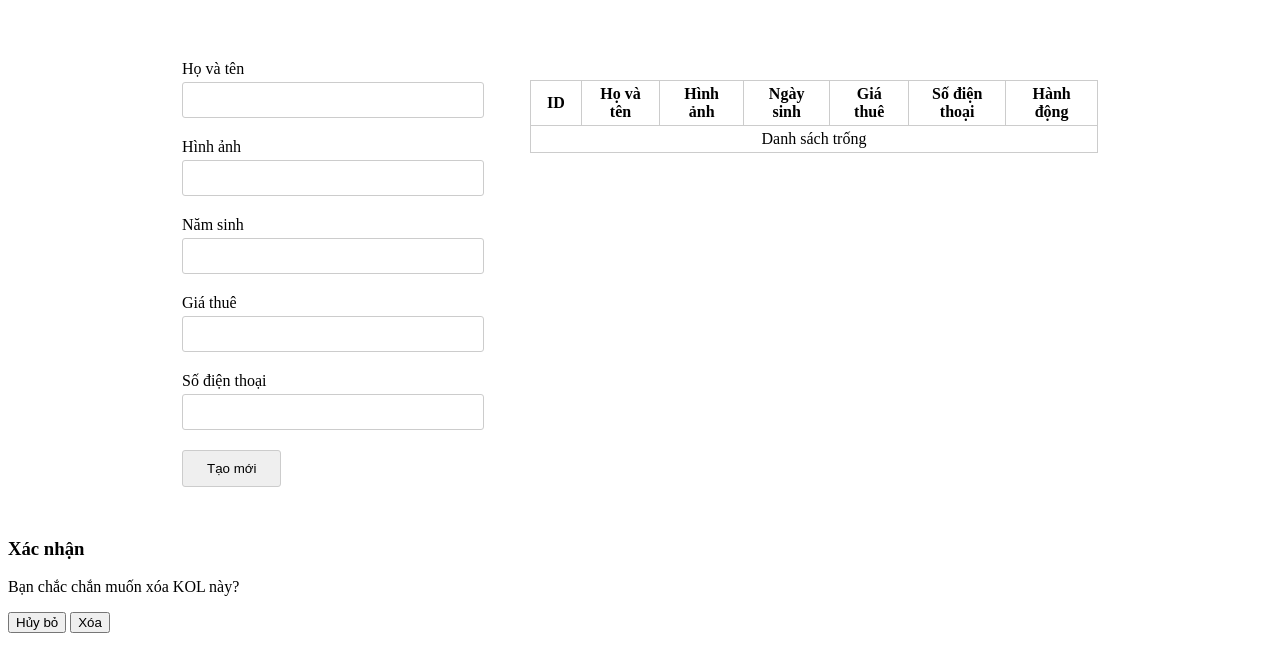
Repository: AnhTuan191298/sent-file-hoang
Page: js_kol-check/index.html
The author's editor kept a copy of each file at every save. The page is drawn from the files as they stood at one save, then again after the next save.
The browser window is 1280 px wide. The pictures show the whole page.

Above is the page before, as saved 2021-02-04 23:46:37.

### js_kol-check/index.html
<!DOCTYPE html>
<html lang="en">
<head>
    <meta charset="UTF-8">
    <meta name="viewport" content="width=device-width, initial-scale=1.0">
    <link rel="stylesheet" href="https://stackpath.bootstrapcdn.com/font-awesome/4.7.0/css/font-awesome.min.css"/>
    <title>Kols Done</title>
    <style>
        .app {
            width: 980px;
            margin: 0 auto;
            display: flex;
        }
        .pd10 {
            padding: 10px;
        }
        .mb10 {
            margin-bottom: 10px;
        }
        #form {
            flex: 2;
            padding: 32px;
        }
        #list {
            flex: 4;
            padding: 32px;
            margin-top: 40px;
        }
        table {
            border-collapse: collapse;
        }
        table th, table td {
            border: 1px solid #ccc;
            padding: 4px 16px;
        }
        .form-group {
            margin-top: 20px;
        }
        .form-group label {
            display: block;
            margin-bottom: 4px;
        }
        .form-group input {
            display: block;
            width: 100%;
            height: 34px;
            border-radius: 3px;
            border: 1px solid #ccc;
            outline: none;
            padding: 0 8px;
        }
        .avatar {
            width: 60px;
            height: 60px;
            border-radius: 50%;
        }
        .submit-btn {
            padding: 10px 24px;
            border-radius: 3px;
            border: 1px solid #ccc;
        }
        .alert-update,
        .alert-delete {
            width: 240px;
            background-color: #fff;
            min-height: 130px;
            display: none;
            flex-direction: column;
            align-items: center;
            justify-content: center;
            padding: 20px;
            border-radius: 5px;
            box-shadow: 1px 2px 24px #aaaaaa;
            position: fixed;
            top: 50px;
            right: 5px;
            animation: rightToLeft ease 0.5s, fadeOut linear 1s 3s forwards;
        }
        .alert-update.active,
        .alert-delete.active {
            display: flex;
        }
        .alert-update__circle,
        .alert-delete__circle {
            height: 50px;
            width: 50px;
            border: 6px solid #33cc70;
            border-radius: 50%;
            display: flex;
            justify-content: center;
            align-items: center;
            margin-bottom: 10px;
        }
        .alert-update__circle i,
        .alert-delete__circle i {
            font-size: 20px;
            color: #33cc70;
        }
        .alert-update__content h3,
        .alert-delete__content h3 {
            font-size: 18px;
            color: #33cc70;
            text-align: center;
        }
        .text-center {
            text-align: center;
        }
        .overlay,
        .overlay_del{
            position: fixed;
            top: 0;
            left: 0;
            width: 100%;
            height: 100vh;
            background-color: rgba(0, 0, 0, 0.4);
            display: none;
            justify-content: center;
            align-items: center;
            animation: fadeIn ease 0.2s;
        }
        .overlay.active, .overlay_del.active {
            display: flex;
        }
        .modal_edit,
        .modal_del {
            background-color: #fff;
            width: 40%;
            min-height: 50%;
            border-radius: 5px;
            padding: 40px;
            position: relative;
            animation: growth ease 0.2s;
        }
        .modal_edit.active {
            display: block;
        }
        .modal_edit form button {
            color: #000;
            border: 1px solid rgba(0, 0, 0, 0.4);
        }
        .modal_close {
            position: absolute;
            top: 8px;
            right: 13px;
            font-size: 28px;
            cursor: pointer;
        }
        .modal_del {
            width: 20%;
            min-height: 25%;
            display: flex;
            flex-direction: column;
            align-items: center;
        }
        .modal_del .modal_del__btn {
            text-decoration: none;
            padding: 10px 20px;
            font-size: 20px;
            color: #fff;
            background-color: #d4133a;
            margin-top: 30px;
            border-radius: 5px;
        }
        /* Animation */
        @keyframes fadeIn {
            0% {
                opacity: 0;
            }
            100% {
                opacity: 1;
            }
        }
        @keyframes growth {
            0% {
                transform: scale(0.5);
            }
            100% {
                transform: scale(1);
            }
        }
        @keyframes rightToLeft {
            0% {
                opacity: 0;
                transform: translateX(105%);
            }
            100% {
                opacity: 1;
                transform: translateX(0%);
            }
        }
        @keyframes fadeOut {
            to {
                opacity: 0;
            }
        }
    </style>
</head>
<body>
    <div class="app">
        <form action="" id="form">
            <div class="form-group">
                <label for="fullname">Họ và tên</label>
                <input id="fullname" type="text" name="fullname" class="form-control">
            </div>
            <div class="form-group">
                <label for="image">Hình ảnh</label>
                <input id="image" type="text" name="image" class="form-control">
            </div>
            <div class="form-group">
                <label for="birth">Năm sinh</label>
                <input id="birth" type="text" name="birth" class="form-control">
            </div>
            <div class="form-group">
                <label for="price">Giá thuê</label>
                <input id="price" type="text" name="price" class="form-control">
            </div>
            <div class="form-group">
                <label for="phone">Số điện thoại</label>
                <input id="phone" type="text" name="phone" class="form-control">
            </div>
            <div class="form-group">
                <button class="submit-btn">Tạo mới</button>
            </div>
        </form>
        <!-- List -->
        <div id="list">
            <table id="kol-wrap">
                <thead>
                    <tr>
                        <th>ID</th>
                        <th>Họ và tên</th>
                        <th>Hình ảnh</th>
                        <th>Ngày sinh</th>
                        <th>Giá thuê</th>
                        <th>Số điện thoại</th>
                        <th>Hành động</th>
                    </tr>
                </thead>
                <tbody id="kol-list">
                </tbody>
            </table>
        </div>
    </div>
    <!-- Modal -->
    <div class="modal">
        <div class="overlay"></div>
        <div class="modal__body">
            <h3>Xác nhận</h3>
            <p>Bạn chắc chắn muốn xóa KOL này?</p>
            <div class="modal__btn">
                <button class="modal__btn--cancel">Hủy bỏ</button>
                <button class="modal__btn--ok">Xóa</button>
            </div>
        </div>
    </div>
    <script src="./assets/js/main.js"></script>
</body>
</html>

### js_kol-check/assets/js/main.js
const $ = document.querySelector.bind(document)
        const $$ = document.querySelectorAll.bind(document)
        const KOL_STORAGE_KEY = 'kols'
        const kolApp = {
            kols: JSON.parse(localStorage.getItem(KOL_STORAGE_KEY)) || [],
            add: function(kol) {
                this.kols.push(kol)
            },
            update: function(index, kol) {
                this.kols[index] = kol
            },
            delete: function(index) {
                this.kols.splice(index, 1)
            },
            save: function() {
                localStorage.setItem(KOL_STORAGE_KEY, JSON.stringify(this.kols))
            },
            render: function() {
                // if (!this.kols.length) {
                //     return $('#kol-list').innerHTML = `
                //         <tr>
                //             <td style="text-align: center" colspan="6">Danh sách trống</td>
                //         </tr>
                //     `
                // }
                const htmls = this.kols.map(function (kol, index) {
                    return `
                        <tr>
                            <td>${index + 1}</td>
                            <td>${kol.fullname}</td>
                            <td>
                                <img class="avatar" src="${kol.image}" alt="">
                            </td>
                            <td>${kol.birth}</td>
                            <td>${kol.price}đ</td>
                            <td>${kol.phone}</td>
                            <td>
                                <a class="delete-kol" data-index="${index}" href="#">Xóa</a>
                            </td>
                        </tr>
                    `
                })
                if (htmls.length > 0) {
                    $('#kol-list').innerHTML = htmls.join('')
                } else {
                    $('#kol-list').innerHTML = `
                        <tr>
                            <td style="text-align: center" colspan="7">Danh sách trống</td>
                        </tr>
                    `
                }
            },
            start: function() {
                this.render()
                const modal = $('.modal')
                const modalCancel = $('.modal__btn--cancel')
                const modalOk = $('.modal__btn--ok')
                const form = $('#form')
                const kolWrap = $('#kol-wrap')
                const fullname = $('#fullname')
                const image = $('#image')
                const birth = $('#birth')
                const price = $('#price')
                const phone = $('#phone')
                let tmpIndex
                modalCancel.onclick = function() {
                    modal.classList.remove('show')
                }
                modalOk.onclick = function() {
                    kolApp.delete(tmpIndex)
                    kolApp.save()
                    kolApp.render()
                    modal.classList.remove('show')
                }
                kolWrap.onclick = function(e) {
                    const isClickedDelete = e.target.matches('.delete-kol')
                    if (isClickedDelete) {
                        // const index = e.target.getAttribute('data-index')
                        const index = e.target.dataset.index
                        tmpIndex = index
                        // Show modal confirm
                        modal.classList.add('show')
                    }
                }
                // On form submit
                form.onsubmit = function (e) {
                    e.preventDefault()
                    const kol = {
                        fullname: fullname.value,
                        image: image.value,
                        birth: birth.value,
                        price: price.value,
                        phone: phone.value,
                    }
                    kolApp.add(kol)
                    kolApp.save()
                    kolApp.render()
                    // Reset form
                    e.target.reset()
                }
            }
        }
        kolApp.start()

After the next save:
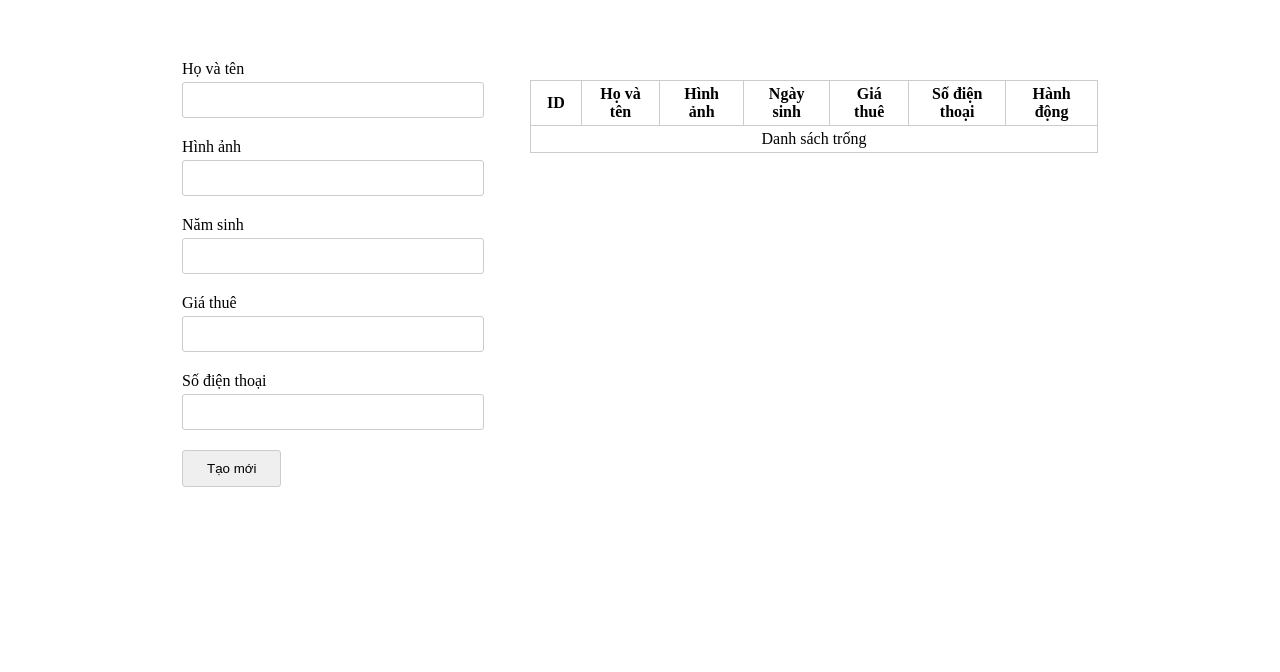
Saved 50 s later.
--- a/js_kol-check/index.html
+++ b/js_kol-check/index.html
@@ -10,12 +10,6 @@
             width: 980px;
             margin: 0 auto;
             display: flex;
-        }
-        .pd10 {
-            padding: 10px;
-        }
-        .mb10 {
-            margin-bottom: 10px;
         }
         #form {
             flex: 2;
@@ -59,107 +53,37 @@
             border-radius: 3px;
             border: 1px solid #ccc;
         }
-        .alert-update,
-        .alert-delete {
-            width: 240px;
-            background-color: #fff;
-            min-height: 130px;
+        /* Modal */
+        .modal {
+            position: fixed;
+            top: 0;
+            right: 0;
+            bottom: 0;
+            left: 0;
             display: none;
-            flex-direction: column;
-            align-items: center;
-            justify-content: center;
-            padding: 20px;
-            border-radius: 5px;
-            box-shadow: 1px 2px 24px #aaaaaa;
-            position: fixed;
-            top: 50px;
-            right: 5px;
-            animation: rightToLeft ease 0.5s, fadeOut linear 1s 3s forwards;
         }
-        .alert-update.active,
-        .alert-delete.active {
+        .modal.show {
             display: flex;
         }
-        .alert-update__circle,
-        .alert-delete__circle {
-            height: 50px;
-            width: 50px;
-            border: 6px solid #33cc70;
-            border-radius: 50%;
+        .overlay {
+            position: absolute;
+            width: 100%;
+            height: 100%;
+            background-color: rgba(0, 0, 0, 0.4)
+        }
+        .modal__body {
+            margin: auto;
+            width: 320px;
+            background-color: #fff;
+            position: relative;
+            padding: 0 32px 28px;
+        }
+        .modal__btn {
             display: flex;
-            justify-content: center;
-            align-items: center;
-            margin-bottom: 10px;
+            float: right;
         }
-        .alert-update__circle i,
-        .alert-delete__circle i {
-            font-size: 20px;
-            color: #33cc70;
-        }
-        .alert-update__content h3,
-        .alert-delete__content h3 {
-            font-size: 18px;
-            color: #33cc70;
-            text-align: center;
-        }
-        .text-center {
-            text-align: center;
-        }
-        .overlay,
-        .overlay_del{
-            position: fixed;
-            top: 0;
-            left: 0;
-            width: 100%;
-            height: 100vh;
-            background-color: rgba(0, 0, 0, 0.4);
-            display: none;
-            justify-content: center;
-            align-items: center;
-            animation: fadeIn ease 0.2s;
-        }
-        .overlay.active, .overlay_del.active {
-            display: flex;
-        }
-        .modal_edit,
-        .modal_del {
-            background-color: #fff;
-            width: 40%;
-            min-height: 50%;
-            border-radius: 5px;
-            padding: 40px;
-            position: relative;
-            animation: growth ease 0.2s;
-        }
-        .modal_edit.active {
-            display: block;
-        }
-        .modal_edit form button {
-            color: #000;
-            border: 1px solid rgba(0, 0, 0, 0.4);
-        }
-        .modal_close {
-            position: absolute;
-            top: 8px;
-            right: 13px;
-            font-size: 28px;
-            cursor: pointer;
-        }
-        .modal_del {
-            width: 20%;
-            min-height: 25%;
-            display: flex;
-            flex-direction: column;
-            align-items: center;
-        }
-        .modal_del .modal_del__btn {
-            text-decoration: none;
-            padding: 10px 20px;
-            font-size: 20px;
-            color: #fff;
-            background-color: #d4133a;
-            margin-top: 30px;
-            border-radius: 5px;
+        .modal__btn button {
+            margin-right: 16px;
         }
         /* Animation */
         @keyframes fadeIn {
